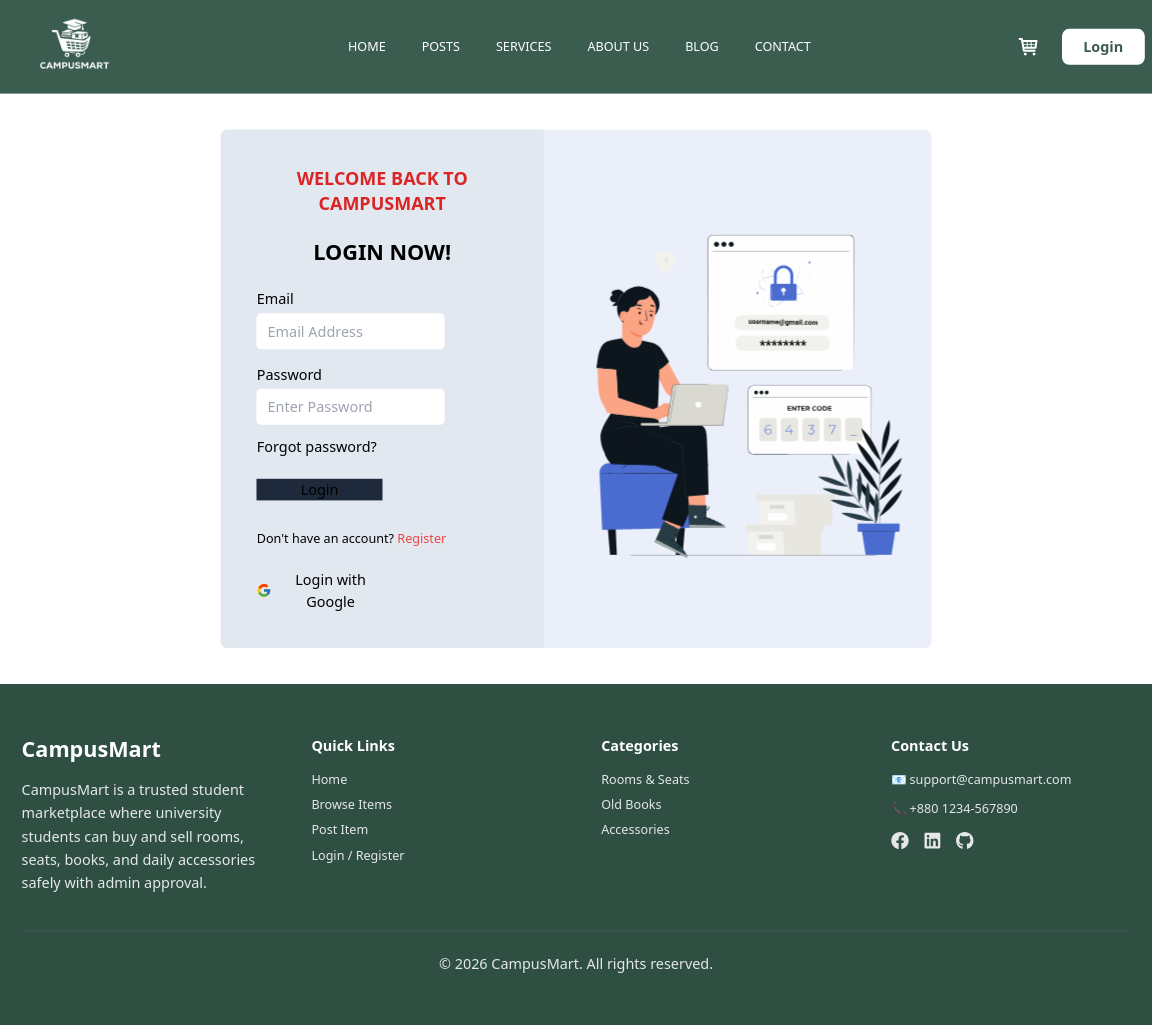
Repository: jahidhasanri/CAMPUSMART
Page: /login
The author's editor kept a copy of each file at every save. The page is drawn from the files as they stood at one save, then again after the next save.
The browser window is 1280 px wide. The pictures show the whole page, at 90% of full size.
The project was rebuilt for these pictures with package versions that can differ from the ones it lists, and the page was loaded fresh each time. Also part of the build but not shown: vite.config.js, src/components/Banner.jsx, src/Pages/Home.jsx, src/Pages/Register.jsx.

Above is the page before, as saved 2026-01-13 23:22:26.

### index.html
<!doctype html>
<html lang="en">
  <head>
    <meta charset="UTF-8" />
    <link rel="icon" type="image/svg+xml" href="/vite.svg" />
    <meta name="viewport" content="width=device-width, initial-scale=1.0" />
    <title>campusmart</title>
  </head>
  <body>
    <div id="root"></div>
    <script type="module" src="/src/main.jsx"></script>
  </body>
</html>

### src/main.jsx
import { StrictMode } from 'react'
import { createRoot } from 'react-dom/client'
import './index.css'
import { RouterProvider } from 'react-router-dom'
import Router from './router/Router.jsx'


createRoot(document.getElementById('root')).render(
  <StrictMode>
    <RouterProvider router={Router} />
  </StrictMode>,
)

### src/router/Router.jsx
import { createBrowserRouter } from "react-router-dom";
import Home from "../Pages/Home.jsx";
import Main from "../components/Main.jsx";
import Login from "../Pages/Login.jsx";
import Register from "../Pages/Register.jsx";


const Router = createBrowserRouter([
  {
    path: "/",
    element: <Main></Main>,
    children:[
        {
            index:true,
            element:<Home></Home>
        },
        {
          path:"/login",
          element:<Login></Login>
        },
        {
          path:"/register",
          element:<Register></Register>
        }
    ]
  },
]);

export default Router;

### src/components/Main.jsx
import React from 'react';
import { Outlet } from 'react-router-dom';
import Navbar from './Navbar';
import Footer from './Footer';

const Main = () => {
    return (
        <div className=''>
            <Navbar></Navbar>
            <div className="min-h-[calc(100vh-422px)]">

            <Outlet></Outlet>
            </div>
            <Footer></Footer>
        </div>
    );
};

export default Main;

### src/Pages/Login.jsx

import { FcGoogle } from 'react-icons/fc';
import { Link, } from 'react-router-dom';
// import { AuthContext } from '../Provider/AuthProvider';
// import { toast } from 'react-toastify';
// import axios from 'axios';
import loginAnimation from '../json/Login.json'
import Lottie from 'lottie-react';

const Login = () => {
//   const { handleLoginwithEmail,handleLoginWithGoogle } = useContext(AuthContext);
//   const navigate = useNavigate();
//   const location = useLocation();

//   const from = location.state?.from?.pathname || '/';

//   const handelLogin = (e) => {
//     e.preventDefault();
//     const email = e.target.email.value;
//     const password = e.target.password.value;
//     console.log(email,password);
//     handleLoginwithEmail(email, password)
//       .then((result) => {
//         if (result?.user) {
//           toast.success('Login successful!');
//           setTimeout(() => {
//             navigate(from, { replace: true });
//           }, 1000);
//         } else {
//           toast.error('Login failed: User not found!');
//         }
//       })
//       .catch((error) => {
//         console.error('Error:', error);
//         toast.error(`Login failed: ${error.message}`);
//       });
//   };

//   const handelLoginwithGoogle = ()=>{
//     handleLoginWithGoogle()
//    .then((result) => {
//       if ( result?.user?.photoURL) {
//         console.log(result?.user.photoURL);
//         toast.success('Login with Google successful!');
//         const userInfo = {
//           name: result?.user?.displayName,
//           email: result?.user?.email,
//           image: result?.user?.photoURL
//         };

//         axios.post("https://resturent-management-server-three.vercel.app/users", userInfo)
//           .then(res => {
//             console.log("User saved to DB:");
//           })
//           .catch(err => {
//             console.error("DB Save Error:", err);
//           });

//         setTimeout(() => {
//           navigate(from, { replace: true });
//         }, 1000);
//       } else {
//         toast.error('Google login failed!');
//       }
//     })
//     .catch((error) => {
//       console.error('Google Login Error:', error);
//       toast.error(`Google login failed: ${error.message}`);
//     });
//   }

  return (
   <div className="container mx-auto lg:w-8/12 my-10 px-4 sm:px-6 md:px-8">
  <div className="flex flex-col lg:flex-row xl:flex-row items-center gap-6 bg-[#ebeffa] rounded-lg overflow-hidden">

     {/* Form */}
    <div className="w-full lg:w-1/2 xl:w-1/2 p-4 sm:p-6 md:p-10 mr-3 bg-slate-200 flex flex-col justify-center">
      <h1 className="text-2xl sm:text-xl text-[#db2525] font-bold text-center mb-6">WELCOME BACK TO CAMPUSMART</h1>
      <h3 className="text-3xl sm:text-2xl font-bold text-center mb-6">LOGIN NOW!</h3>
      <form className="flex flex-col gap-4">
        <div className=" w-full">
          <div>
            <label className="label ">
            <span className="label-text font-medium mb-1">Email</span>
          </label>
          </div>
          <div>
            <input
            type="email"
            name="email"
            placeholder="Email Address"
            className="input input-bordered w-full h-10 mt-1 rounded-[5px] pl-3 lg:w-9/12 bg-white border-gray-300"
            required
          />
          </div>
        </div>

        <div className=" w-full">
          <div>
          <label className="label">
            <span className="label-text font-medium mb-1">Password</span>
          </label>
          </div>
          <div>
          <input
            type="password"
            name="password"
            placeholder="Enter Password"
            className="input input-bordered w-full h-10 mt-1 mb-3 rounded-[5px] pl-3 lg:w-9/12 bg-white border-gray-300 "
            required
          />
          </div>
          <label className="label">
            <Link to="/forgetpassword" className="label-text-alt link link-hover mt-2">
              Forgot password?
            </Link>
          </label>
        </div>

        <button className="btn bg-slate-800 w-full mt-2 sm:w-3/4 md:w-2/3 lg:w-1/2 xl:w-1/2 ">Login</button>

        <p className=" mt-4 text-sm">
          Don't have an account?{' '}
          <Link to="/register" className="text-red-500 border-b-2">
            Register
          </Link>
        </p>
      </form>

      {/* Google Login */}
      <div className="mt-6 w-full flex ">
        <button
        //   onClick={handelLoginwithGoogle}
          className="btn btn-p flex items-center justify-center gap-2 w-full sm:w-3/4 md:w-2/3 lg:w-1/2 xl:w-1/2"
        >
          <FcGoogle size={20} /> <span>Login with Google</span>
        </button>
      </div>
    </div>

    {/* Image */}
   <div className="w-full lg:w-1/2 xl:w-1/2 flex justify-center items-center p-4">
          <Lottie animationData={loginAnimation} loop={true} style={{ width: 500, height: 400 }} />
        </div>


  </div>
</div>

  );
};

export default Login;

### src/components/Category.jsx
/* eslint-disable no-unused-vars */

import { motion } from "framer-motion";
import { FaHome, FaBook, FaShoppingBag } from "react-icons/fa";

const categories = [
  {
    title: "Rooms & Seats",
    desc: "Find or rent rooms and seats near your campus easily.",
    icon: <FaHome />,
  },
  {
    title: "Old Books",
    desc: "Buy and sell previous semester books at affordable prices.",
    icon: <FaBook />,
  },
  {
    title: "Accessories",
    desc: "Daily student essentials like bags, calculators, gadgets & more.",
    icon: <FaShoppingBag />,
  },
];

const fadeUp = {
  hidden: { opacity: 0, y: 60 },
  visible: {
    opacity: 1,
    y: 0,
    transition: {
      duration: 0.7,
      ease: "easeOut",
    },
  },
};

const Categories = () => {
  return (
    <section className="py-20 bg-[#f5f7f6]">
      <div className="max-w-[1300px] mx-auto px-6">

        {/* TITLE */}
        <motion.div
          variants={fadeUp}
          initial="hidden"
          whileInView="visible"
          viewport={{ once: true }}
          className="text-center mb-16"
        >
          <h2 className="text-3xl md:text-4xl font-bold text-gray-800 mb-4">
            Browse by Category
          </h2>
          <p className="text-gray-600 max-w-xl mx-auto">
            Explore categories specially designed for university students.
          </p>
        </motion.div>

        {/* CARDS */}
        <div className="grid grid-cols-1 md:grid-cols-2 lg:grid-cols-3 gap-10">
          {categories.map((item, index) => (
            <motion.div
              key={index}
              variants={fadeUp}
              initial="hidden"
              whileInView="visible"
              viewport={{ once: true }}
              transition={{ delay: index * 0.15 }}
              className="bg-white rounded-2xl p-8 shadow-md hover:shadow-lg transition-shadow duration-300"
            >
              <div className="text-4xl text-[#3b5d50] mb-6">
                {item.icon}
              </div>

              <h3 className="text-xl font-semibold text-gray-800 mb-3">
                {item.title}
              </h3>

              <p className="text-gray-600 text-sm leading-relaxed">
                {item.desc}
              </p>
            </motion.div>
          ))}
        </div>

      </div>
    </section>
  );
};

export default Categories;

### src/components/HowItWorks.jsx
/* eslint-disable no-unused-vars */
import { useState } from "react";
import { motion, AnimatePresence } from "framer-motion";
import { FaUserPlus, FaUpload, FaCheckCircle, FaHandshake, FaSearch, FaInfoCircle, FaPhone, FaShoppingCart } from "react-icons/fa";

const sellerSteps = [
  { id: 1, icon: <FaUserPlus />, title: "Register / Login", desc: "Create your student account to start selling rooms, books, or accessories." },
  { id: 2, icon: <FaUpload />, title: "Post Your Item", desc: "Add rooms, books, seats, or accessories for sale, submit for admin approval." },
  { id: 3, icon: <FaCheckCircle />, title: "Admin Approval", desc: "Admin reviews and approves your post before it goes live." },
  { id: 4, icon: <FaHandshake />, title: "Connect & Deal", desc: "Once approved, buyers can contact you to complete the transaction safely." },
];

const buyerSteps = [
  { id: 1, icon: <FaSearch />, title: "Browse Items", desc: "Explore available rooms, books, and accessories inside your campus." },
  { id: 2, icon: <FaInfoCircle />, title: "Check Details", desc: "See post info, price, location, and ensure it is admin approved." },
  { id: 3, icon: <FaPhone />, title: "Connect With Seller", desc: "Contact the seller safely to negotiate or ask questions." },
  { id: 4, icon: <FaShoppingCart />, title: "Buy / Rent", desc: "Complete the transaction and enjoy your new item." },
];

const fadeUp = {
  hidden: { opacity: 0, y: 60 },
  visible: { opacity: 1, y: 0, transition: { duration: 0.7, ease: "easeOut" } },
};

const HowItWorks = () => {
  const [activeTab, setActiveTab] = useState("seller");

  const steps = activeTab === "seller" ? sellerSteps : buyerSteps;

  return (
    <section className="py-20 bg-white">
      <div className="max-w-[1300px] mx-auto px-6">

        {/* SECTION TITLE + TAB */}
        <motion.div
          variants={fadeUp}
          initial="hidden"
          whileInView="visible"
          viewport={{ once: true }}
          className="text-center mb-12"
        >
          <h2 className="text-3xl md:text-4xl font-bold text-gray-800 mb-4">
            How CampusMart Works
          </h2>
          <p className="text-gray-600 max-w-xl mx-auto">
            Simple steps for both sellers and buyers inside your university community.
          </p>

          {/* Tabs */}
          <div className="flex justify-center gap-6 mt-6">
            <button
              className={`px-5 py-2 rounded-full font-semibold ${activeTab === "seller" ? "bg-[#3b5d50] text-white" : "bg-gray-200 text-gray-800"}`}
              onClick={() => setActiveTab("seller")}
            >
              Seller
            </button>
            <button
              className={`px-5 py-2 rounded-full font-semibold ${activeTab === "buyer" ? "bg-[#3b5d50] text-white" : "bg-gray-200 text-gray-800"}`}
              onClick={() => setActiveTab("buyer")}
            >
              Buyer
            </button>
          </div>
        </motion.div>

        {/* Steps Grid */}
        <div className="grid grid-cols-1 md:grid-cols-2 lg:grid-cols-4 gap-10">
          <AnimatePresence mode="wait">
            {steps.map((step, index) => (
              <motion.div
                key={step.id}
                variants={fadeUp}
                initial="hidden"
                whileInView="visible"
                exit={{ opacity: 0, y: 40, transition: { duration: 0.3 } }}
                viewport={{ once: true }}
                transition={{ delay: index * 0.15 }}
                className="bg-[#f5f7f6] p-8 rounded-2xl shadow-md hover:shadow-lg transition-shadow duration-300 text-center"
              >
                <div className="text-5xl text-[#3b5d50] mb-6">{step.icon}</div>
                <h3 className="text-xl font-semibold text-gray-800 mb-3">{step.title}</h3>
                <p className="text-gray-600 text-sm leading-relaxed">{step.desc}</p>
              </motion.div>
            ))}
          </AnimatePresence>
        </div>
      </div>
    </section>
  );
};

export default HowItWorks;

### src/components/Navbar.jsx

import { useState } from "react";
import { Link } from "react-router-dom";
import { TiShoppingCart } from "react-icons/ti";
import { HiMenuAlt3, HiX } from "react-icons/hi";

const Navbar = () => {
  const [menuOpen, setMenuOpen] = useState(false);

  const navLinks = [
    { name: "HOME", path: "/" },
    { name: "POSTS", path: "/products" },
    { name: "SERVICES", path: "/services" },
    { name: "ABOUT US", path: "/about" },
    { name: "BLOG", path: "/blog" },
    { name: "CONTACT", path: "/contact" },
  ];

  return (
    <header className="bg-[#3b5d50] text-white">
      <div className="max-w-[1300px]  mx-auto px-2 py-5">
        <div className="flex items-center justify-between h-16">

          {/* Logo */}
         <Link href={'/'}>
          <img src="/images/campu_logo-removebg-preview.png" className="w-[150px] h-26" alt="Green Nest Logo" />
         </Link>

          {/* Desktop Menu (lg only) */}
          <ul className="hidden lg:flex gap-10 font-normal text-sm">
            {navLinks.map((link) => {
              return (
                <li key={link.path}>
                  <Link
                    href={link.path}
                    className={`pb-1 transition-all duration-300`}
                  >
                    {link.name}
                  </Link>
                </li>
              );
            })}
          </ul>

          {/* Cart + Login (md and up) */}
          <Link href={'/login'} className="hidden md:flex items-center gap-6">
            <TiShoppingCart
              size={26}
              className="cursor-pointer hover:text-[#5a8139]"
            />
            <Link to={'/login'} className="bg-white text-[#3b5d50] px-6 py-2 rounded-lg font-semibold hover:bg-gray-200 transition">
                Login
              </Link>
          </Link>

          {/* Hamburger (md & sm only) */}
          <div className="lg:hidden">
            <button onClick={() => setMenuOpen(!menuOpen)}>
              {menuOpen ? <HiX size={28} /> : <HiMenuAlt3 size={28} />}
            </button>
          </div>
        </div>

        {/* Mobile + Tablet Menu */}
        {menuOpen && (
          <div className="lg:hidden mt-4">
            <ul className="flex flex-col gap-4 font-medium">
              {navLinks.map((link) => {
                return (
                  <li key={link.path}>
                    <Link
                      href={link.path}
                      onClick={() => setMenuOpen(false)}
                      className={`block pb-1`}
                    >
                      {link.name}
                    </Link>
                  </li>
                );
              })}
            </ul>

                <Link href={'/login'} className=" md:hidden items-center gap-6">
            <TiShoppingCart
              size={26}
              className="cursor-pointer mb-5 mt-5 hover:text-[#5a8139]"
            />
            <button className="bg-[#5a8139] mb-5 hover:bg-[#5b8139d7] px-4 py-1.5 cursor-pointer rounded">
              Login
            </button>
          </Link>

          </div>
        )}
      </div>
    </header>
  );
};

export default Navbar;

### src/components/Footer.jsx
import { FaFacebook, FaLinkedin, FaGithub } from "react-icons/fa";

const Footer = () => {
  return (
    <footer className="bg-[#2f4f43] text-gray-200">
      <div className="max-w-[1300px] mx-auto px-6 py-14">
        <div className=" grid grid-cols-1 md:grid-cols-2 lg:grid-cols-4 gap-14">

          {/* BRAND */}
          <div className="">
            <h2 className="text-2xl font-bold text-white mb-4">
              CampusMart
            </h2>
            <p className="text-[16px] leading-relaxed">
              CampusMart is a trusted student marketplace where university
              students can buy and sell rooms, seats, books, and daily
              accessories safely with admin approval.
            </p>
          </div>

          {/* QUICK LINKS */}
          <div>
            <h3 className="text-[16px] font-semibold text-white mb-4">
              Quick Links
            </h3>
            <ul className="space-y-2 text-sm">
              <li className="hover:text-white cursor-pointer">Home</li>
              <li className="hover:text-white cursor-pointer">Browse Items</li>
              <li className="hover:text-white cursor-pointer">Post Item</li>
              <li className="hover:text-white cursor-pointer">Login / Register</li>
            </ul>
          </div>

          {/* CATEGORIES */}
          <div>
            <h3 className="text-[16px] font-semibold text-white mb-4">
              Categories
            </h3>
            <ul className="space-y-2 text-sm">
              <li className="hover:text-white cursor-pointer">Rooms & Seats</li>
              <li className="hover:text-white cursor-pointer">Old Books</li>
              <li className="hover:text-white cursor-pointer">Accessories</li>
            </ul>
          </div>

          {/* CONTACT */}
          <div>
            <h3 className="text-[16px] font-semibold text-white mb-4">
              Contact Us
            </h3>
            <p className="text-sm mb-3">📧 support@campusmart.com</p>
            <p className="text-sm mb-4">📞 +880 1234-567890</p>

            <div className="flex gap-4 text-xl">
              <FaFacebook className="hover:text-white cursor-pointer" />
              <FaLinkedin className="hover:text-white cursor-pointer" />
              <FaGithub className="hover:text-white cursor-pointer" />
            </div>
          </div>

        </div>

        {/* BOTTOM */}
        <div className="border-t border-gray-600 mt-10 pt-6 text-center text-[16px]">
          © {new Date().getFullYear()} CampusMart. All rights reserved.
        </div>
      </div>
    </footer>
  );
};

export default Footer;

Loaded but not shown: src/index.css (common file); src/json/Login.json (common file); tailwind.config.js (common file)

After the next save:
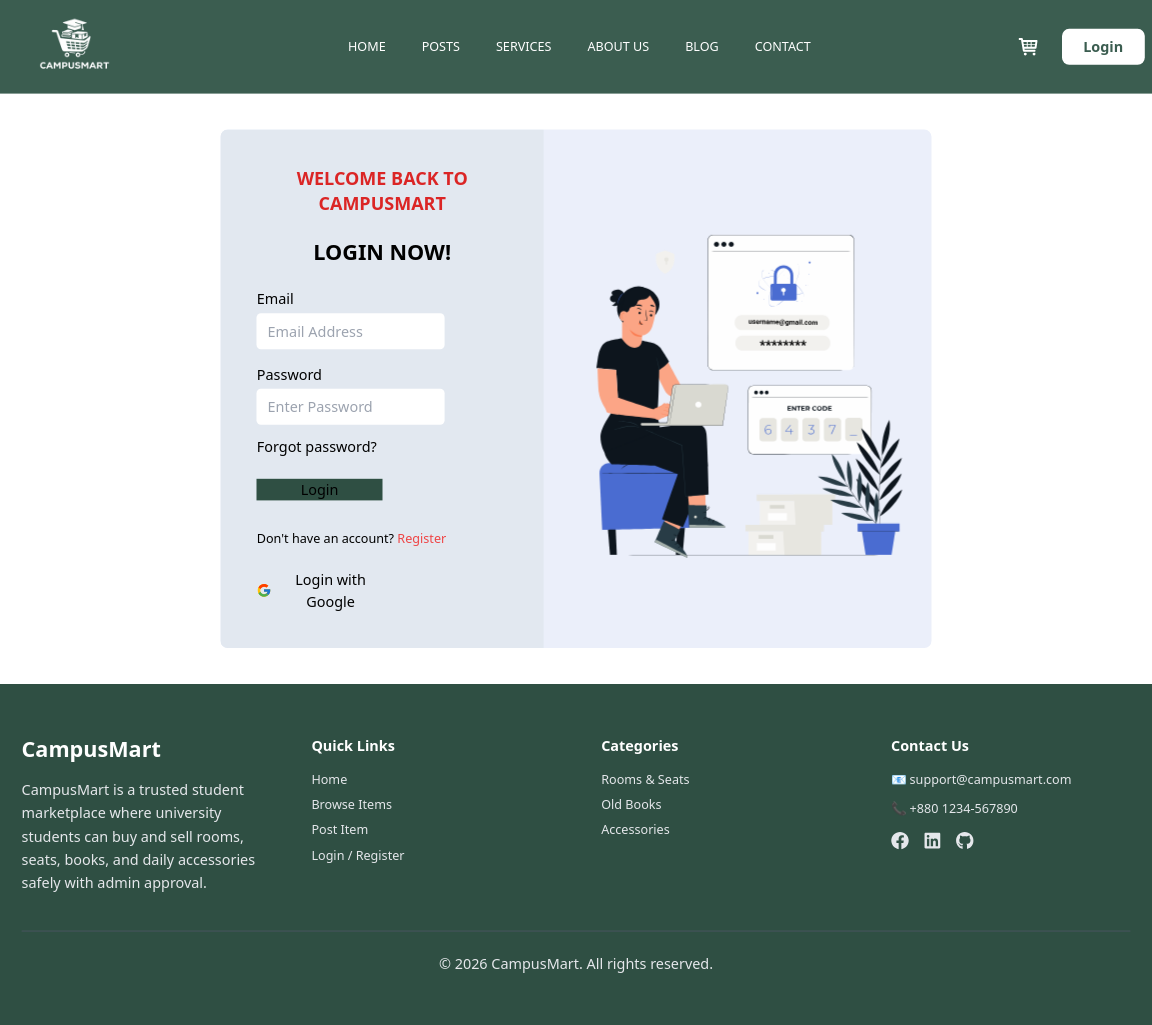
Saved 23 s later.
--- a/src/Pages/Login.jsx
+++ b/src/Pages/Login.jsx
@@ -117,7 +117,7 @@
           </label>
         </div>
 
-        <button className="btn bg-slate-800 w-full mt-2 sm:w-3/4 md:w-2/3 lg:w-1/2 xl:w-1/2 ">Login</button>
+        <button className="btn bg-[#2f4f43] w-full mt-2 sm:w-3/4 md:w-2/3 lg:w-1/2 xl:w-1/2 ">Login</button>
 
         <p className=" mt-4 text-sm">
           Don't have an account?{' '}
